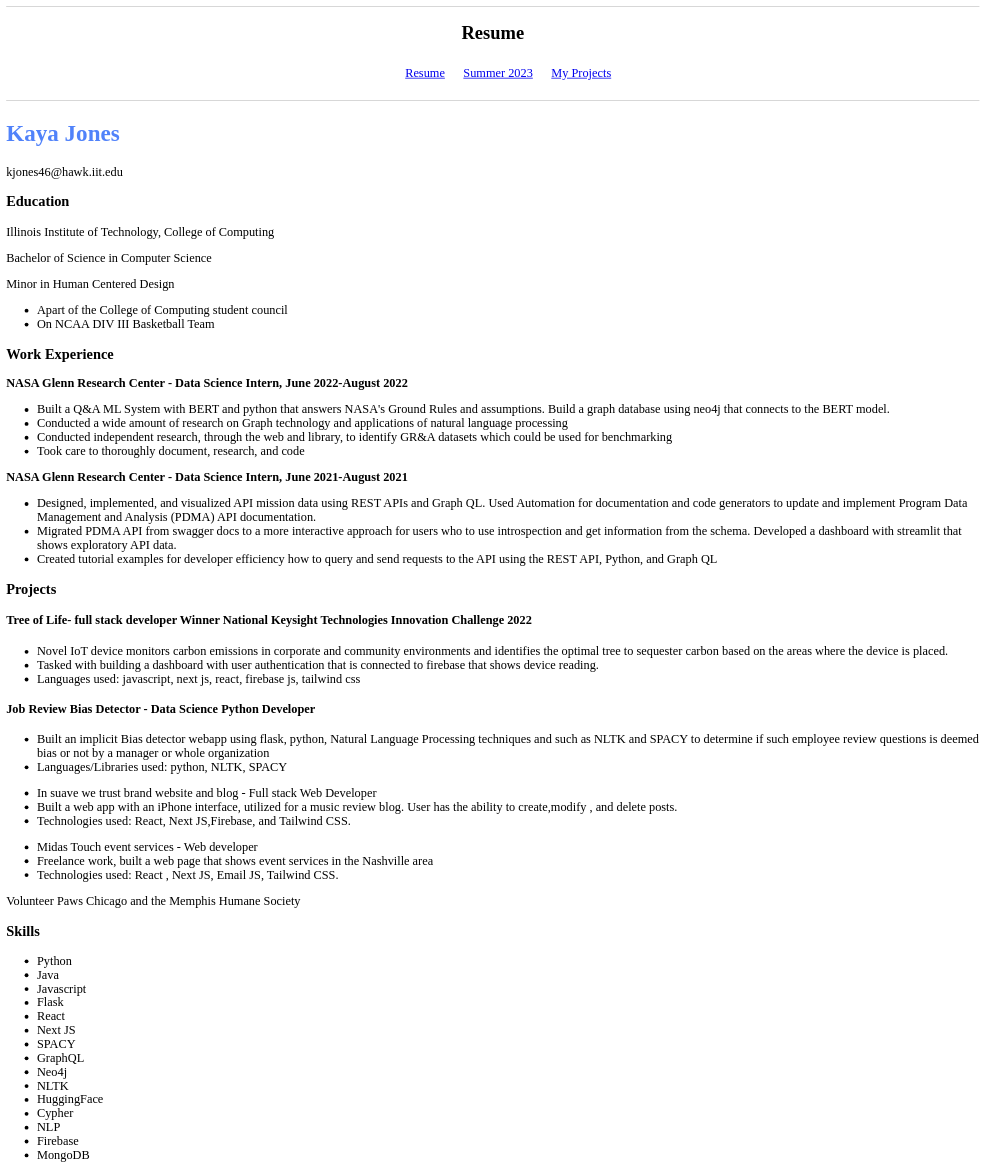
Repository: kayacancode/itm361project1
Page: index.html
These files come from the project's save history. The page is drawn as it stood at one moment and after the next save; the edit follows.
The browser window is 1280 px wide. The pictures show the whole page, at 77% of full size.
Some web fonts or font styles are not loaded; a fallback is used.

Above is the page before, as saved 2023-03-04 12:56:07.

### index.html
<!DOCTYPE html>
<html lang="en">
  <head>
    <meta charset="UTF-8" />
    <title>ITMD 361 - Web Development</title>
    <link rel="stylesheet" href="css/style.css" />

  </head>
  <body>
    <header>
      <nav>
        <h1>Resume</h1>
        <ul>
          <li><a href="index.html">Resume</a></li>
          <li><a href="summer2023.html">Summer 2023</a></li>
          <li><a href="projects.html">My Projects</a></li>
        </ul>
      </nav>
    </header>
    <h2>Kaya Jones</h2>
    <p>kjones46@hawk.iit.edu</p>
    <h3>Education</h3>
    <p>Illinois Institute of Technology, College of Computing</p>
    <p>Bachelor of Science in Computer Science</p>
    <p>Minor in Human Centered Design</p>
    <ul >
      <li>Apart of the College of Computing student council</li>
      <li>On NCAA DIV III Basketball Team</li>
    </ul>
    <section>
    <h3>Work Experience</h3>
    <p>
      <span style="font-weight:bold">NASA Glenn Research Center - Data Science Intern, June 2022-August 2022 </span>
    </p>
    <ul >
      <li>
        Built a Q&A ML System with BERT and python that answers NASA's Ground
        Rules and assumptions. Build a graph database using neo4j that connects
        to the BERT model.
      </li>
      <li>
        Conducted a wide amount of research on Graph technology and applications
        of natural language processing
      </li>
      <li>
        Conducted independent research, through the web and library, to identify
        GR&A datasets which could be used for benchmarking
      </li>
      <li>Took care to thoroughly document, research, and code</li>
    </ul>
    <p>
      <span style="font-weight:bold">NASA Glenn Research Center - Data Science Intern, June 2021-August 2021 </span>
    </p>
    <ul >
      <li>
        Designed, implemented, and visualized API mission data using REST APIs
        and Graph QL. Used Automation for documentation and code generators to
        update and implement Program Data Management and Analysis (PDMA) API
        documentation.
      </li>
      <li>
        Migrated PDMA API from swagger docs to a more interactive approach for
        users who to use introspection and get information from the schema.
        Developed a dashboard with streamlit that shows exploratory API data.
      </li>
      <li>
        Created tutorial examples for developer efficiency how to query and send
        requests to the API using the REST API, Python, and Graph QL
      </li>
    </ul>
  </section>
  <section>
    <h3>Projects</h3>
    <h4>Tree of Life- full stack developer Winner National Keysight Technologies
      Innovation Challenge 2022</h4>
    <ul>

      <li>
        Novel IoT device monitors carbon emissions in corporate and community
        environments and identifies the optimal tree to sequester carbon based
        on the areas where the device is placed.
      </li>
      <li>
        Tasked with building a dashboard with user authentication that is
        connected to firebase that shows device reading.
      </li>
      <li>
        Languages used: javascript, next js, react, firebase js, tailwind css
      </li>
    </ul>
    <h4>Job Review Bias Detector - Data Science Python Developer</h4>
    <ul>
      <li>
        Built an implicit Bias detector webapp using flask, python, Natural
        Language Processing techniques and such as NLTK and SPACY to determine
        if such employee review questions is deemed bias or not by a manager or
        whole organization
      </li>

      <li>Languages/Libraries used: python, NLTK, SPACY</li>
    </ul>
    <ul >
      <li>
        In suave we trust brand website and blog - Full stack Web Developer
      </li>
      <li>
        Built a web app with an iPhone interface, utilized for a music review
        blog. User has the ability to create,modify , and delete posts.
      </li>

      <li>Technologies used: React, Next JS,Firebase, and Tailwind CSS.</li>
    </ul>

    <ul>
      <li>Midas Touch event services - Web developer</li>
      <li>
        Freelance work, built a web page that shows event services in the
        Nashville area
      </li>

      <li>Technologies used: React , Next JS, Email JS, Tailwind CSS.</li>
    </ul>
  </section>
    <p>Volunteer Paws Chicago and the Memphis Humane Society</p>

    <h3>Skills</h3>
    <ul >
      <li>Python</li>
      <li>Java</li>
      <li>Javascript</li>
      <li>Flask</li>
      <li>React</li>
      <li>Next JS</li>
      <li>SPACY</li>
      <li>GraphQL</li>
      <li>Neo4j</li>
      <li>NLTK</li>
      <li>HuggingFace</li>
      <li>Cypher</li>
      <li>NLP</li>
      <li>Firebase</li>
      <li>MongoDB</li>
    </ul>
  </body>
</html>

### css/style.css
@import url("https://fonts.googleapis.com/css2?family=Tilt+Warp&display=swap");



nav{
    border:1px solid #ccc;
    border-width:1px 0;
    list-style:none;
    margin:0;
    padding:0;
    text-align:center;
}
nav li{
    display:inline;
}
nav a{
    display:inline-block;
    padding:10px;
}

h1{
    font-family: "Tilt Warp", cursive;

}
h2{
    font-size: 30px;
    font-family: "Tilt Warp", cursive;
    color:#5082FA;
}

.websites img{
    display: block;
    margin-left: auto;
    margin-right: auto;
    max-width: 50%;
    height: 350px;
    border-radius: 20px;
}

After the next save:
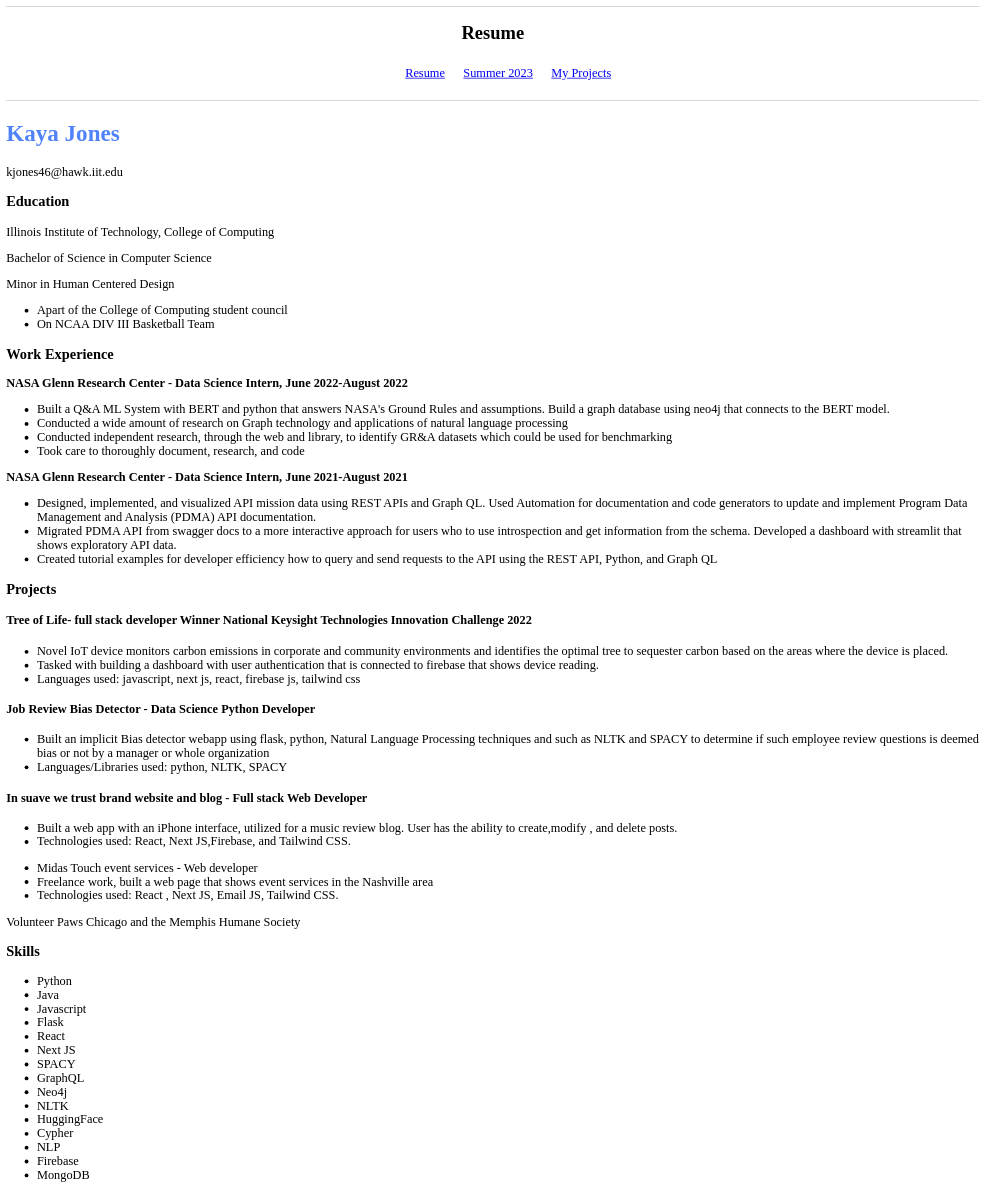
Saved 25 s later.
--- a/index.html
+++ b/index.html
@@ -99,10 +99,9 @@
 
       <li>Languages/Libraries used: python, NLTK, SPACY</li>
     </ul>
+    <h4>In suave we trust brand website and blog - Full stack Web Developer</h4>
     <ul >
-      <li>
-        In suave we trust brand website and blog - Full stack Web Developer
-      </li>
+
       <li>
         Built a web app with an iPhone interface, utilized for a music review
         blog. User has the ability to create,modify , and delete posts.
